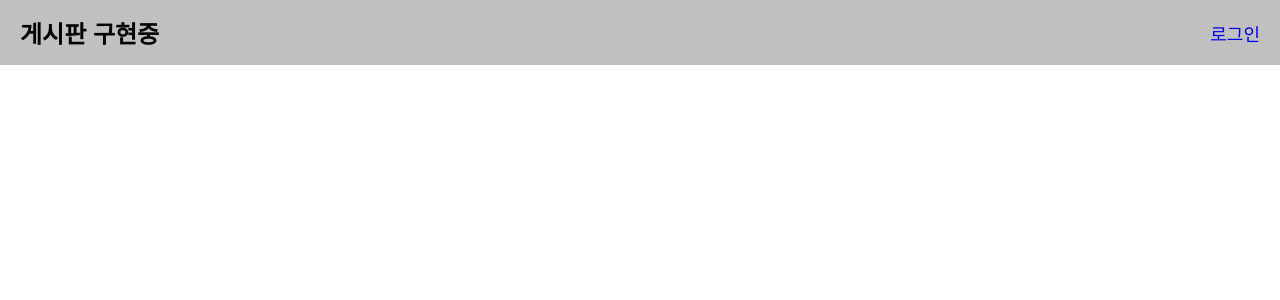
Repository: hyeon-jin-park/study
Page: work/internet_programing/Test_final/public/home.html
The author's editor kept a copy of each file at every save. The page is drawn from the files as they stood at one save, then again after the next save.
The browser window is 1280 px wide. The pictures show the whole page.

Above is the page before, as saved 2025-03-12 12:00:31.

### work/internet_programing/Test_final/public/home.html
<!DOCTYPE html>
<html lang="ko">
<head>
    <meta charset="UTF-8">
    <meta name="viewport" content="width=device-width, initial-scale=1.0">
    <title>home.html</title>
    <style>
        * { margin: 0; padding: 0; box-sizing: border-box; }
        body { font-family: Arial, sans-serif; }

        .header {
            background-color: silver;
            color: black;
            padding: 15px 20px;
            display: flex;
            justify-content: space-between;
            align-items: center;
        }

        .header_name {
            font-size: 24px;
            font-weight: bold;
        }

        .login_box {
            list-style: none;
            display: flex;
        }

        .login_box li {
            margin-left: 20px;
        }

        .login_box a {
        	display: inline-block;
            text-decoration: none;
            font-size: 18px;
        }

        .login_box a:hover {
            font-weight: bold;
        }

        .sidebar {
        	width: 250px;
        	background-color: gray;
        	padding: 20px;
        }
    </style>
</head>


<body>

    <div class="header">
        <div class="header_name">게시판 구현중</div>
        <ul class="login_box">
            <li><a href="#">로그인</a></li>
        </ul>
    </div>

</body>
</html>

After the next save:
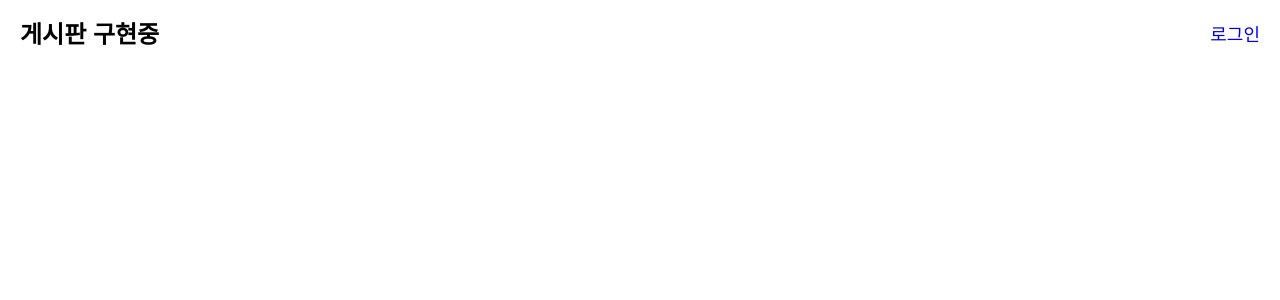
Saved 16 s later.
--- a/work/internet_programing/Test_final/public/home.html
+++ b/work/internet_programing/Test_final/public/home.html
@@ -9,7 +9,7 @@
         body { font-family: Arial, sans-serif; }
 
         .header {
-            background-color: silver;
+            background-color: white;
             color: black;
             padding: 15px 20px;
             display: flex;
